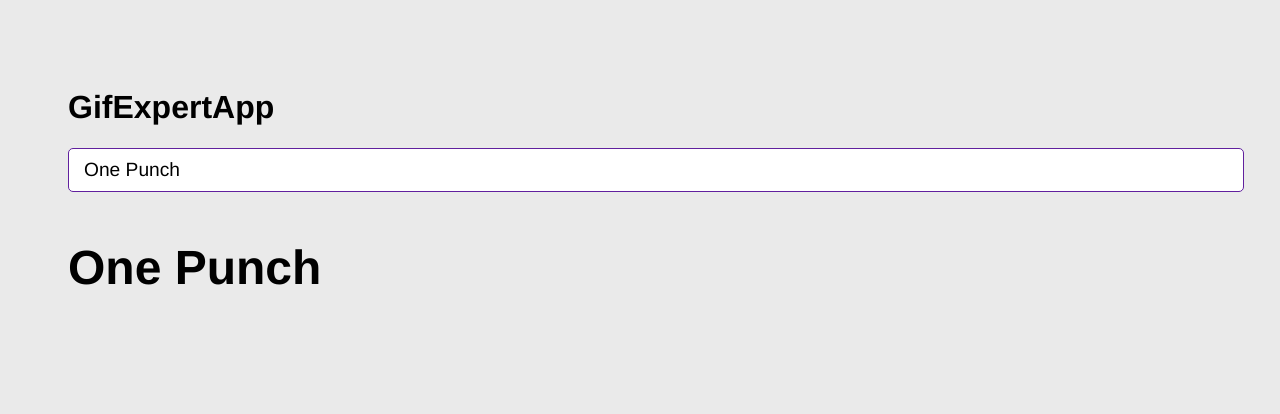
Repository: bryanesteban/gif-expert-app
Page: /
These files come from the project's save history. The page is drawn as it stood at one moment and after the next save; the edit follows.
The browser window is 1280 px wide. The pictures show the whole page.
The page's requests for data from a server got no answer. The project was rebuilt for these pictures with package versions that can differ from the ones it lists, and the page was loaded fresh each time. No one was signed in, and anything a server would have sent is missing. Also part of the build but not shown: vite.config.js.

Above is the page before, as saved 2024-06-14 16:31:09.

After the next save:
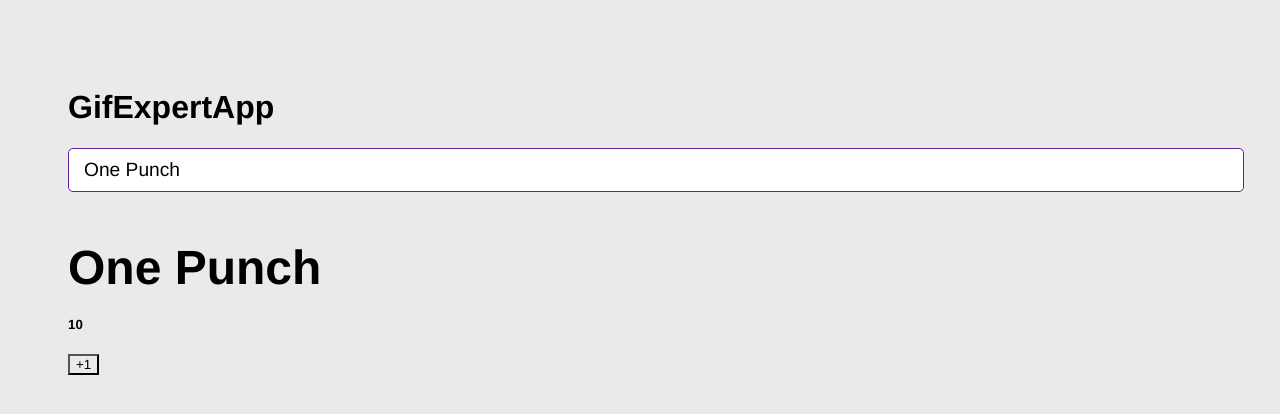
Saved 44 s later.
--- a/src/components/GifGrid.jsx
+++ b/src/components/GifGrid.jsx
@@ -12,7 +12,8 @@ export const GifGrid = ( { category } ) => {
     return (
        <>
             <h3> { category } </h3>
-
+            <h5> { counter }</h5>
+            <button onClick={ () => setCounter()}> +1 </button>
        </>
     )
 }
